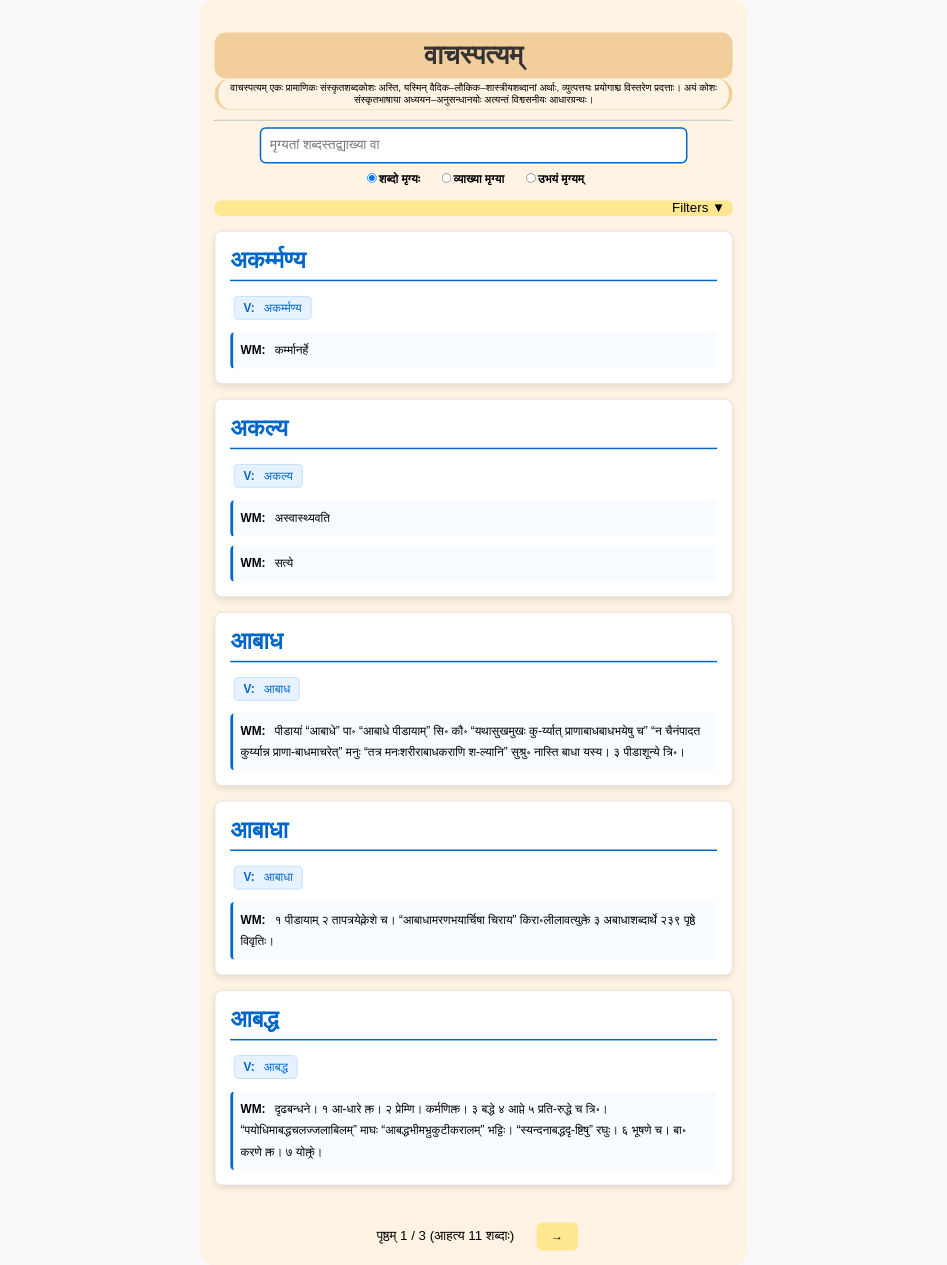
Repository: sanskritsphere/vachaspatyam-demo
Page: index.html
These files come from the project's save history. The page is drawn as it stood at one moment and after the next save; the edit follows.
The browser window is 1280 px wide. The pictures show the whole page, at 74% of full size.

Above is the page before, as saved 2025-12-14 17:36:36.

After the next save:
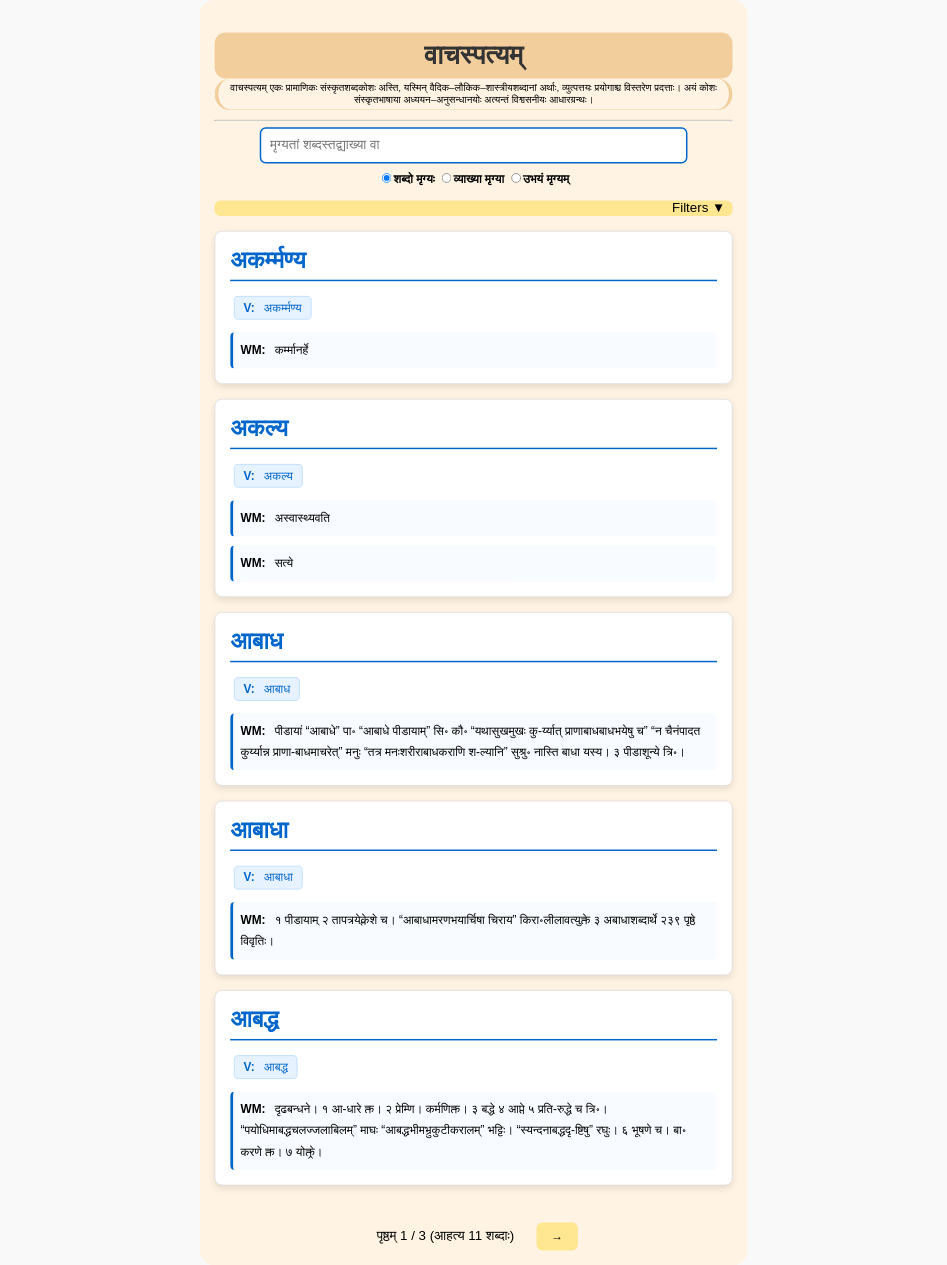
Saved 3 min 20 s later.
--- a/style.css
+++ b/style.css
@@ -81,10 +81,9 @@
             margin-top: 10px;
         }
         .search-options label {
-            margin: 0 10px;
+
             font-weight: bold;
             font-size: 16px;
-
         }
         .filters {
     margin-bottom: 20px;
